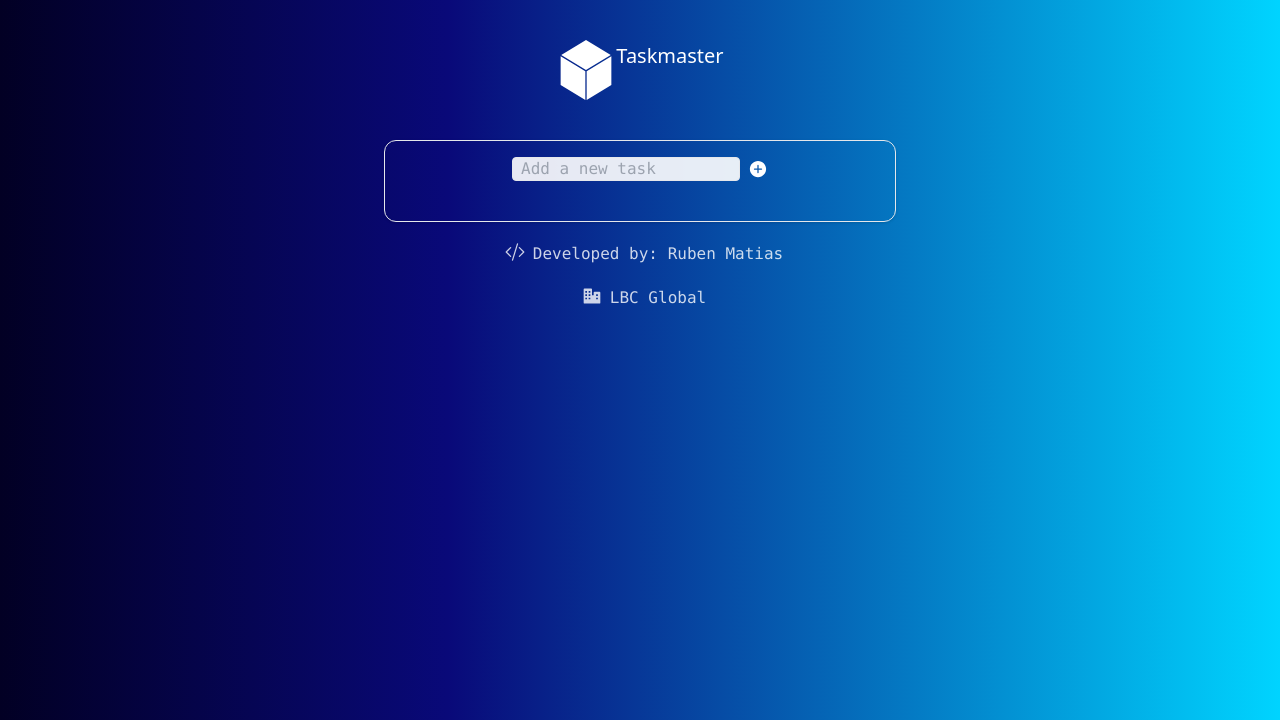
Repository: rubenmatias08/to-do-lbc
Page: / (app in taskmaster/)
An editor plug-in stored every save of this project. The page is shown before and after the next save, followed by the edit.
The browser window is 1280 px wide. The pictures show the whole page.
The project was rebuilt for these pictures with package versions that can differ from the ones it lists, and the page was loaded fresh each time. Also part of the build but not shown: taskmaster/vite.config.js.

Above is the page before, as saved 2024-05-12 12:14:17.

After the next save:
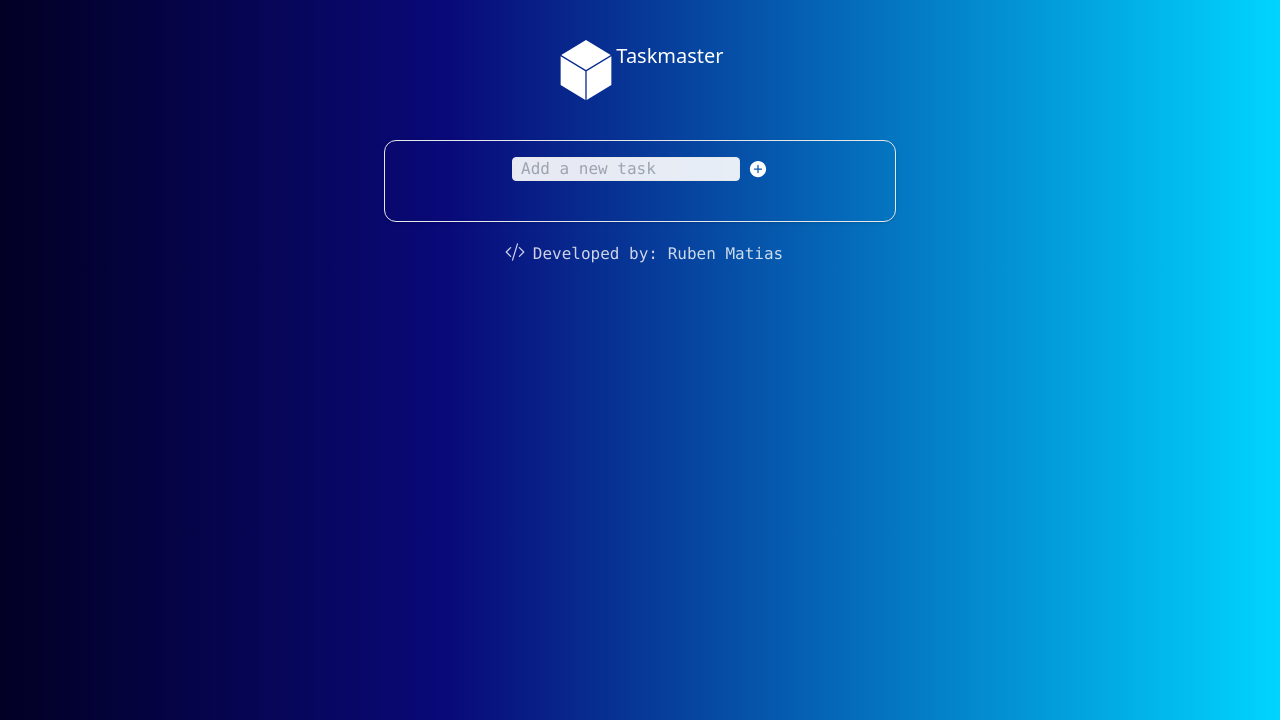
Saved 47 s later.
--- a/taskmaster/src/App.jsx
+++ b/taskmaster/src/App.jsx
@@ -1,6 +1,4 @@
-//React Hooks:
 import { useState } from "react";
-//Icons:
 import { SiTask } from "react-icons/si";
 import { IoIosAddCircle } from "react-icons/io";
 import { MdDelete } from "react-icons/md"
@@ -77,10 +75,6 @@ function App() {
         <BsCodeSlash size={20} className="mx-2"/>
         Developed by: Ruben Matias
       </p>
-      <p className="flex justify-center mx-auto mt-5 text-white/80 font-mono">
-        <BiSolidBusiness size={20} className="mx-2"/>
-        LBC Global
-      </p>
     </div>
 
     </>
